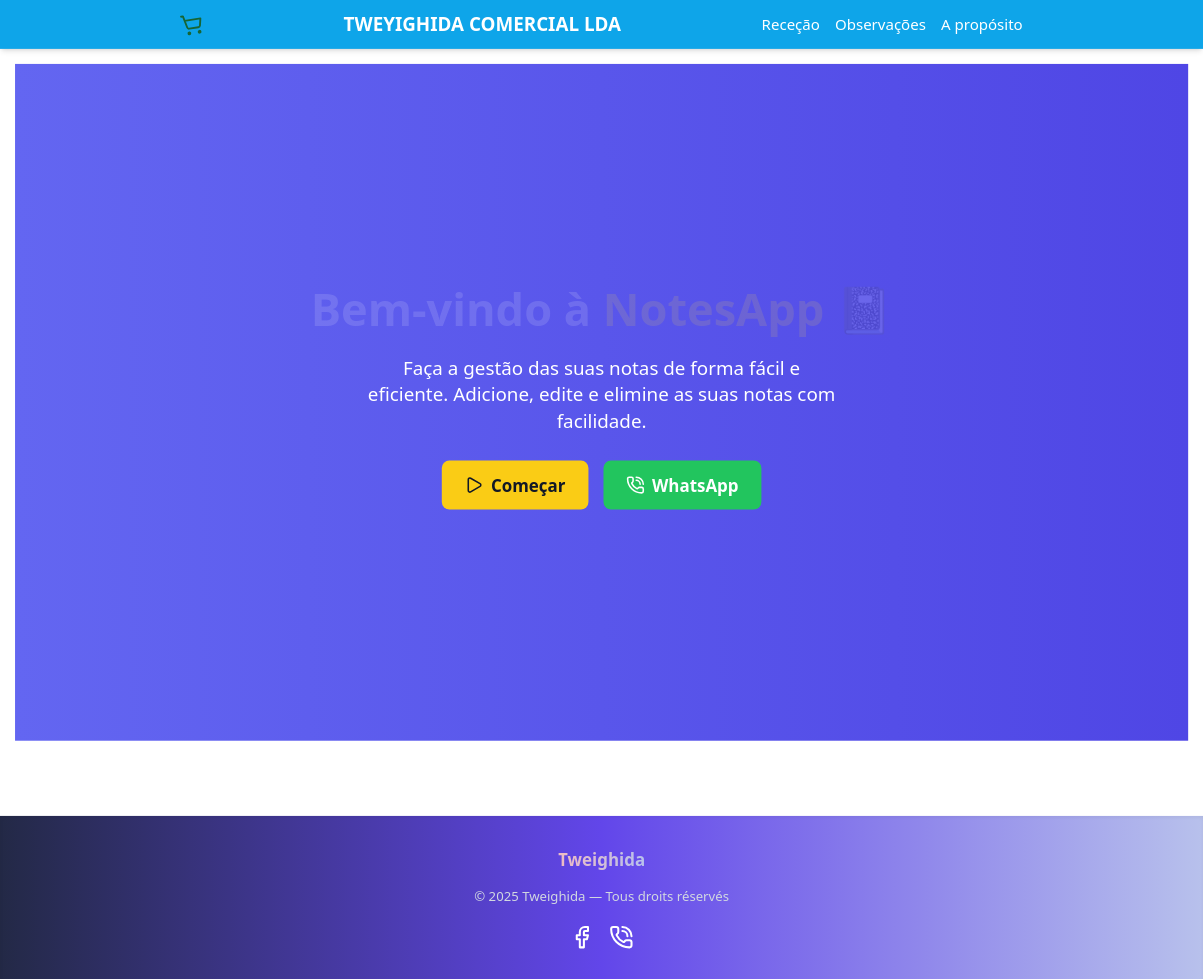
Repository: lamatmed/Tweighida
Page: /
The author's editor kept a copy of each file at every save. The page is drawn from the files as they stood at one save, then again after the next save.
The browser window is 1280 px wide. The pictures show the whole page, at 94% of full size.
The project was rebuilt for these pictures with package versions that can differ from the ones it lists, and the page was loaded fresh each time. The framework's server and built-in components were replaced by stand-ins that run in the browser. Also part of the build but not shown: next.config.mjs.

Above is the page before, as saved 2025-09-06 20:06:55.

### src/app/layout.tsx
import type { Metadata } from "next"
import Navbar from "./components/Navbar";
import Footer from "./components/Footer";
import '../styles/globals.css'
export const metadata: Metadata = {
  title: "Tweighida comercial LDA",
  description: "App de notes comme archive",
  icons: {
    icon: "/R.png", // Remplace par le chemin de ton icône
    shortcut: "/logo.png",
    apple: "/logo.png",
  },
};

export default function RootLayout({
  children,
}: Readonly<{
  children: React.ReactNode
}>) {
  return (
    <html lang="en">
      <head>
      <link
        href="https://fonts.googleapis.com/icon?family=Material+Icons"
        rel="stylesheet"
      />
      </head>
      <body>  <div className="flex flex-col min-h-screen">
      <Navbar />
      <main className="flex-grow p-4">{children}</main>
      <Footer />
    </div></body>
    </html>
  );
}

### src/app/page.tsx
import Hero from "./components/Hero";

export default function Home() {
  return (
    <Hero />
  )
}

### src/app/components/Navbar.tsx
'use client'
import { useState } from "react";
import { FileText, Home, Info, Menu, ShoppingCartIcon, X } from "lucide-react"; // Icônes pour le menu mobile
import { motion } from "framer-motion";
import { BsRobot } from "react-icons/bs";
export default function Navbar() {
  const [isOpen, setIsOpen] = useState(false);

  return (
    <nav className="bg-sky-500 text-white p-3 shadow-md">
      <div className="max-w-4xl mx-auto flex justify-between items-center">
      <motion.div
  animate={{ rotate: [0, 10, -10, 0] }}
  transition={{ repeat: Infinity, duration: 1.5, ease: "easeInOut" }}
>
  <ShoppingCartIcon fontSize="large" className="text-green-800" />
</motion.div>

        <h1 className="text-xl font-bold">TWEYIGHIDA COMERCIAL LDA</h1>

        {/* Bouton Menu pour mobile */}
        <button
          className="lg:hidden block focus:outline-none"
          onClick={() => setIsOpen(!isOpen)}
        >
          {isOpen ? <X size={28} /> : <Menu size={28} />}
        </button>

        {/* Menu Desktop */}
        <ul className="hidden lg:flex space-x-4">
          <li><a href="/" className="hover:underline"> Receção</a></li>
          <li><a href="/notes" className="hover:underline">Observações</a></li>
          <li><a href="/about" className="hover:underline">A propósito</a></li>
        </ul>
      </div>

      {/* Menu Mobile */}
      {isOpen && (
       <ul className="lg:hidden flex flex-col items-center space-y-3 mt-3">
       <li>
         <a href="/" className="flex items-center gap-2 hover:underline" onClick={() => setIsOpen(false)}>
           <Home size={20} /> Receção
         </a>
       </li>
       <li>
         <a href="/notes" className="flex items-center gap-2 hover:underline" onClick={() => setIsOpen(false)}>
           <FileText size={15} /> Observações
         </a>
          </li>
          <li>
            <a href="/chat" className="flex items-center gap-2 hover:underline" onClick={() => setIsOpen(false)}>
              <BsRobot size={15} /> AI
            </a>
          </li>
          <li>

         <a href="/about" className="flex items-center gap-2 hover:underline" onClick={() => setIsOpen(false)}>
           <Info size={15} /> A propósito
         </a>
       </li>
     </ul>

      )}
    </nav>
  );
}

### src/app/components/Footer.tsx
import { Facebook, PhoneCall } from "lucide-react";

export default function Footer() {
  return (
    <footer className="bg-gradient-to-r from-[#232946] via-[#6246ea] to-[#b8c1ec] text-white text-center py-8 mt-16 shadow-inner">
      <div className="max-w-5xl mx-auto flex flex-col items-center gap-3 px-4">
        <div className="flex items-center gap-2 mb-1">
          <span className="text-lg font-bold bg-gradient-to-r from-[#eebbc3] to-[#b8c1ec] bg-clip-text text-transparent">Tweighida</span>
        </div>
        <p className="text-xs sm:text-sm text-[#d1d7e0]">© {new Date().getFullYear()} Tweighida — Tous droits réservés</p>
        <div className="flex space-x-4 mt-2">
          <a href="https://www.facebook.com" target="_blank" rel="noopener noreferrer" className="hover:scale-110 hover:text-[#eebbc3] transition-transform">
            <Facebook size={26} />
          </a>
          <a href="https://wa.me/244939465408" target="_blank" rel="noopener noreferrer" className="hover:scale-110 hover:text-[#43e97b] transition-transform">
            <PhoneCall size={26} />
          </a>
        </div>
      </div>
    </footer>
  );
}

### src/app/components/Hero.tsx
'use client';

import { useState, useEffect } from "react";
import Loader from "./Loader";
import { motion } from "framer-motion";
import { PhoneCallIcon, PlayIcon } from "lucide-react";

export default function Hero() {
  const [loading, setLoading] = useState(true);

  useEffect(() => {
    const timer = setTimeout(() => {
      setLoading(false);
    }, 1000);
    return () => clearTimeout(timer);
  }, []);

  if (loading) {
    return <Loader />;
  }

  return (
    <section className="relative w-full min-h-screen flex items-center justify-center text-center bg-gradient-to-r from-indigo-500 to-indigo-600 text-white px-4">
      <div className="w-full max-w-4xl px-6">
        <motion.h1
          className="text-3xl sm:text-4xl md:text-5xl font-extrabold mb-4 leading-tight"
          initial={{ y: -10, opacity: 0 }}
          animate={{ y: 0, opacity: 1 }}
          transition={{ duration: 0.8, ease: "easeInOut", repeat: Infinity, repeatType: "reverse" }}
        >
          Bem-vindo à <span className="text-yellow-300">NotesApp</span> 📓
        </motion.h1>

        <p className="text-base sm:text-lg md:text-xl mb-7 max-w-lg mx-auto">
          Faça a gestão das suas notas de forma fácil e eficiente. Adicione, edite e elimine as suas notas com facilidade.
        </p>

        <div className="flex flex-col sm:flex-row gap-4 justify-center">
        <a
            href="/notes"
            className="px-6 py-3 text-lg font-semibold bg-yellow-400 text-gray-900 rounded-lg transition-all transform hover:bg-yellow-500 hover:scale-105 active:scale-95 flex items-center gap-2"
          >
            <PlayIcon size={20} /> Começar
          </a>

          <a
            href="https://wa.me/244934808438"
            target="_blank"
            rel="noopener noreferrer"
            className="px-6 py-3 text-lg font-semibold bg-green-500 text-white rounded-lg transition-all transform hover:bg-green-600 hover:scale-105 active:scale-95 flex items-center gap-2"
          >
            <PhoneCallIcon size={20} /> WhatsApp
          </a>
        </div>
      </div>
    </section>
  );
}

### src/app/components/Loader.tsx

import React from 'react';
import styled from 'styled-components';

const Loader = () => {
  return (
    <StyledWrapper>
      <div className="loader" />
    </StyledWrapper>
  );
}

const StyledWrapper = styled.div`
  .loader {
   position: relative;
   width: 2.5em;
   height: 2.5em;
   transform: rotate(165deg);
  }

  .loader:before, .loader:after {
   content: "";
   position: absolute;
   top: 50%;
   left: 50%;
   display: block;
   width: 0.5em;
   height: 0.5em;
   border-radius: 0.25em;
   transform: translate(-50%, -50%);
  }

  .loader:before {
   animation: before8 2s infinite;
  }

  .loader:after {
   animation: after6 2s infinite;
  }

  @keyframes before8 {
   0% {
    width: 0.5em;
    box-shadow: 1em -0.5em rgba(225, 20, 98, 0.75), -1em 0.5em rgba(111, 202, 220, 0.75);
   }

   35% {
    width: 2.5em;
    box-shadow: 0 -0.5em rgba(225, 20, 98, 0.75), 0 0.5em rgba(111, 202, 220, 0.75);
   }

   70% {
    width: 0.5em;
    box-shadow: -1em -0.5em rgba(225, 20, 98, 0.75), 1em 0.5em rgba(111, 202, 220, 0.75);
   }

   100% {
    box-shadow: 1em -0.5em rgba(225, 20, 98, 0.75), -1em 0.5em rgba(111, 202, 220, 0.75);
   }
  }

  @keyframes after6 {
   0% {
    height: 0.5em;
    box-shadow: 0.5em 1em rgba(61, 184, 143, 0.75), -0.5em -1em rgba(233, 169, 32, 0.75);
   }

   35% {
    height: 2.5em;
    box-shadow: 0.5em 0 rgba(61, 184, 143, 0.75), -0.5em 0 rgba(233, 169, 32, 0.75);
   }

   70% {
    height: 0.5em;
    box-shadow: 0.5em -1em rgba(61, 184, 143, 0.75), -0.5em 1em rgba(233, 169, 32, 0.75);
   }

   100% {
    box-shadow: 0.5em 1em rgba(61, 184, 143, 0.75), -0.5em -1em rgba(233, 169, 32, 0.75);
   }
  }

  .loader {
   position: absolute;
   top: calc(50% - 1.25em);
   left: calc(50% - 1.25em);
  }`;

export default Loader;

### tailwind.config.js
/** @type {import('tailwindcss').Config} */
module.exports = {
  content: [
    "./pages/**/*.{js,ts,jsx,tsx}",
    "./components/**/*.{js,ts,jsx,tsx}",
    "./app/**/*.{js,ts,jsx,tsx}",
    "./src/**/*.{js,ts,jsx,tsx}",  // Ajoute cette ligne si ton projet est dans src/
  ],
  theme: {
    extend: {},
  },
  plugins: [],
};

Loaded but not shown: src/styles/globals.css (common file)

After the next save:
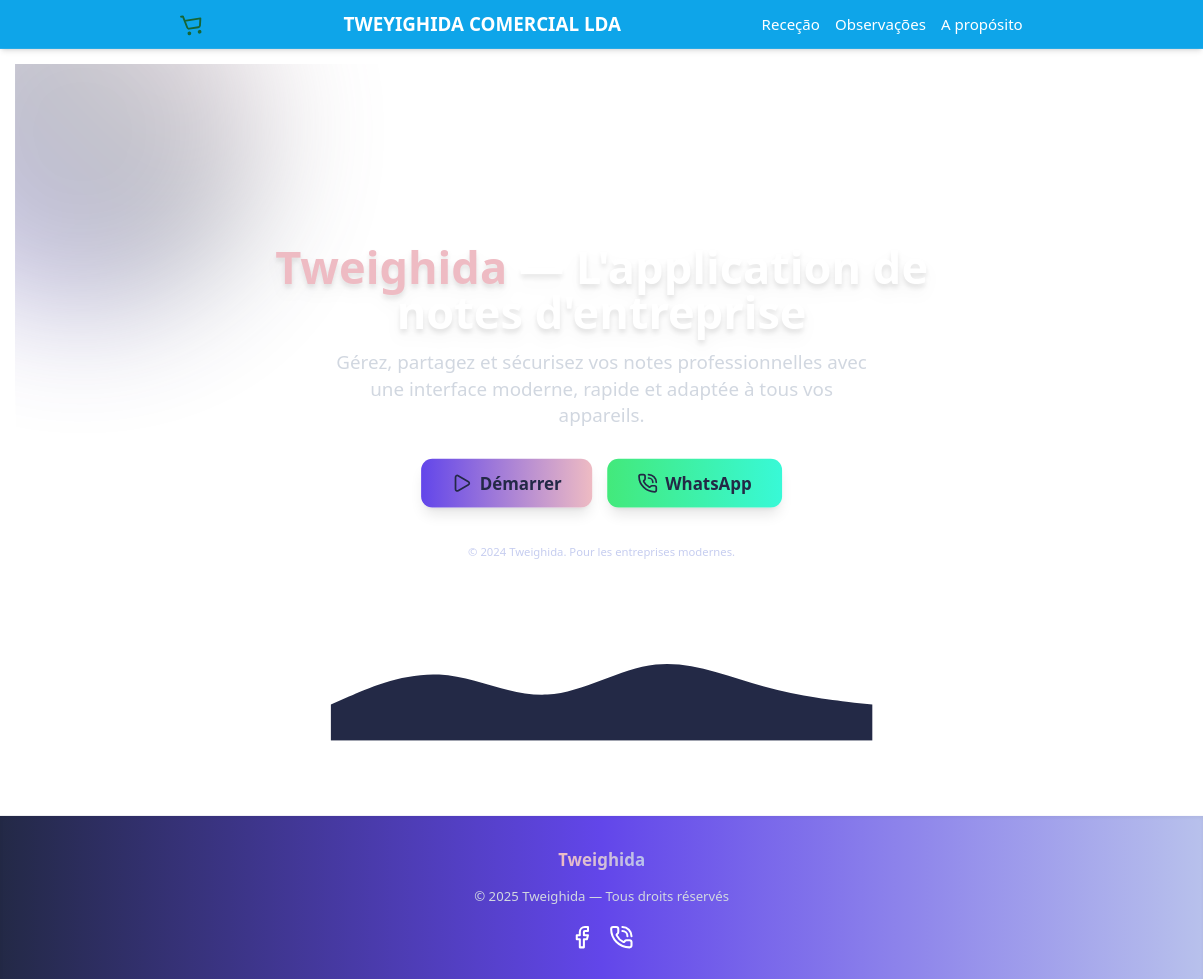
Saved 15 min 51 s later.
--- a/src/app/components/Hero.tsx
+++ b/src/app/components/Hero.tsx
@@ -20,39 +20,48 @@
   }
 
   return (
-    <section className="relative w-full min-h-screen flex items-center justify-center text-center bg-gradient-to-r from-indigo-500 to-indigo-600 text-white px-4">
-      <div className="w-full max-w-4xl px-6">
+    <section className="relative w-full min-h-screen flex items-center justify-center text-center bg-gradient-to-br from-[#232946] via-[#6246ea] to-[#b8c1e] text-white px-4 overflow-hidden">
+      {/* Decorative blob */}
+      <div className="absolute -top-32 -left-32 w-[400px] h-[400px] bg-gradient-to-tr from-[#6246ea] via-[#232946] to-[#eebbc3] opacity-30 rounded-full blur-3xl z-0" aria-hidden="true" />
+      <div className="w-full max-w-3xl px-6 py-16 md:py-24 z-10">
         <motion.h1
-          className="text-3xl sm:text-4xl md:text-5xl font-extrabold mb-4 leading-tight"
+          className="text-3xl sm:text-4xl md:text-5xl font-extrabold mb-4 leading-tight drop-shadow-lg"
           initial={{ y: -10, opacity: 0 }}
           animate={{ y: 0, opacity: 1 }}
-          transition={{ duration: 0.8, ease: "easeInOut", repeat: Infinity, repeatType: "reverse" }}
+          transition={{ duration: 0.8, ease: 'easeInOut' }}
         >
-          Bem-vindo à <span className="text-yellow-300">NotesApp</span> 📓
+          <span className="text-[#eebbc3]">Tweighida</span> — L'application de notes d'entreprise
         </motion.h1>
-
-        <p className="text-base sm:text-lg md:text-xl mb-7 max-w-lg mx-auto">
-          Faça a gestão das suas notas de forma fácil e eficiente. Adicione, edite e elimine as suas notas com facilidade.
-        </p>
-
+        <motion.p
+          className="text-base sm:text-lg md:text-xl mb-8 max-w-xl mx-auto text-[#d1d7e0] font-medium"
+          initial={{ y: 10, opacity: 0 }}
+          animate={{ y: 0, opacity: 1 }}
+          transition={{ duration: 1, delay: 0.2, ease: 'easeInOut' }}
+        >
+          Gérez, partagez et sécurisez vos notes professionnelles avec une interface moderne, rapide et adaptée à tous vos appareils.
+        </motion.p>
         <div className="flex flex-col sm:flex-row gap-4 justify-center">
-        <a
+          <a
             href="/notes"
-            className="px-6 py-3 text-lg font-semibold bg-yellow-400 text-gray-900 rounded-lg transition-all transform hover:bg-yellow-500 hover:scale-105 active:scale-95 flex items-center gap-2"
+            className="px-8 py-3 text-lg font-semibold bg-gradient-to-r from-[#6246ea] to-[#eebbc3] text-[#232946] rounded-xl shadow-lg transition-all transform hover:scale-105 hover:shadow-2xl focus:outline-none focus:ring-2 focus:ring-[#6246ea] flex items-center gap-2"
           >
-            <PlayIcon size={20} /> Começar
+            <PlayIcon size={22} /> Démarrer
           </a>
-
           <a
             href="https://wa.me/244934808438"
             target="_blank"
             rel="noopener noreferrer"
-            className="px-6 py-3 text-lg font-semibold bg-green-500 text-white rounded-lg transition-all transform hover:bg-green-600 hover:scale-105 active:scale-95 flex items-center gap-2"
+            className="px-8 py-3 text-lg font-semibold bg-gradient-to-r from-[#43e97b] to-[#38f9d7] text-[#232946] rounded-xl shadow-lg transition-all transform hover:scale-105 hover:shadow-2xl focus:outline-none focus:ring-2 focus:ring-[#43e97b] flex items-center gap-2"
           >
-            <PhoneCallIcon size={20} /> WhatsApp
+            <PhoneCallIcon size={22} /> WhatsApp
           </a>
         </div>
+        <div className="mt-10 text-xs text-[#b8c1ec] opacity-80">© 2024 Tweighida. Pour les entreprises modernes.</div>
       </div>
+      {/* Decorative wave bottom */}
+      <svg className="absolute bottom-0 left-0 w-full h-24 md:h-32 z-0" viewBox="0 0 1440 320" fill="none" xmlns="http://www.w3.org/2000/svg" aria-hidden="true">
+        <path fill="#232946" fillOpacity="1" d="M0,224L48,202.7C96,181,192,139,288,144C384,149,480,203,576,197.3C672,192,768,128,864,117.3C960,107,1056,149,1152,176C1248,203,1344,213,1392,218.7L1440,224L1440,320L1392,320C1344,320,1248,320,1152,320C1056,320,960,320,864,320C768,320,672,320,576,320C480,320,384,320,288,320C192,320,96,320,48,320L0,320Z" />
+      </svg>
     </section>
   );
 }
